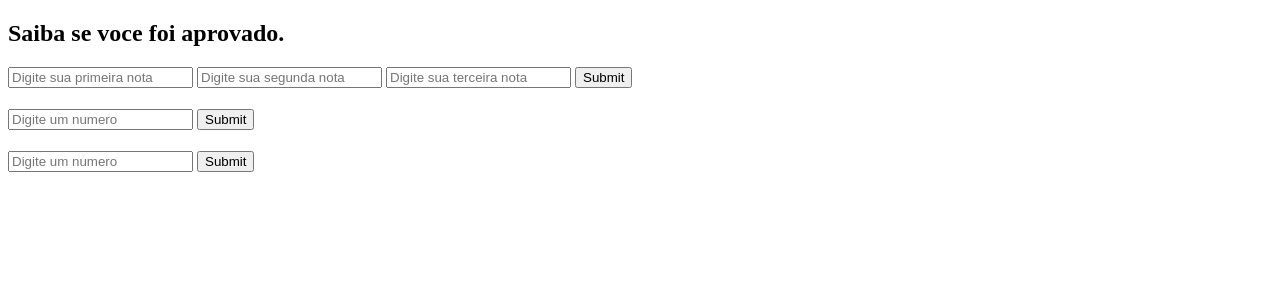
Repository: gimoli/logica1
Page: index.html
These files come from the project's save history. The page is drawn as it stood at one moment and after a run of saves; the edit follows.
The browser window is 1280 px wide. The pictures show the whole page.

Above is the page before, as saved 2025-05-05 09:36:20.

After the next 3 saves:
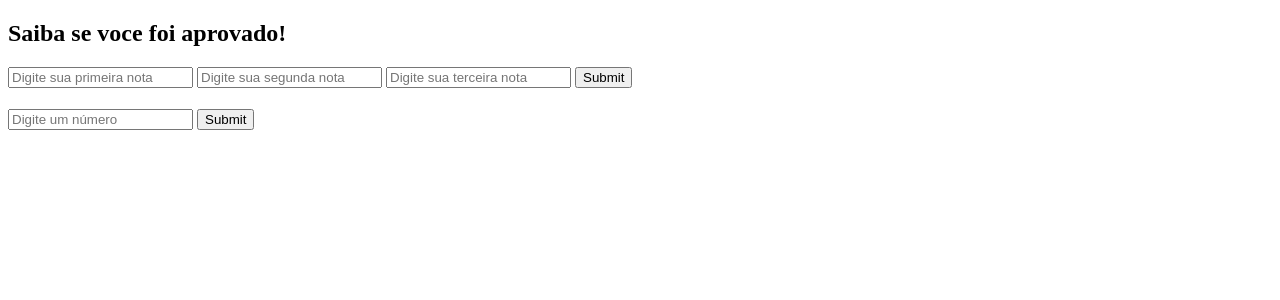
The 3 saves are shown as one change because they came seconds apart.
The last was saved 40 s later.
--- a/index.html
+++ b/index.html
@@ -6,23 +6,19 @@
     <title>Document</title>
 </head>
 <body>
-   <div>
-      <h2>Saiba se voce foi aprovado.</h2>
-      <input type="number" id="nota1" placeholder="Digite sua primeira nota" />
-      <input type="number" id="nota2" placeholder="Digite sua segunda nota" />
-      <input type="number" id="nota3" placeholder="Digite sua terceira nota" />
-      <input type="submit" onclick="classificacao()" />
-      <h4 id="resultado-final"></h4>
+    <div>
+        <h2>Saiba se voce foi aprovado!</h2>
+        <input type="Number" id="nota1" placeholder="Digite sua primeira nota"/>
+        <input type="Number" id="nota2" placeholder="Digite sua segunda nota"/>
+        <input type="Number" id="nota3" placeholder="Digite sua terceira nota"/>
+        <input type="submit" onclick="classificacao()" />
+        <h4 id="resultadoFinal"></h4>
     </div>
+
     <div>
-        <input type="number" id="numero-input" placeholder="Digite um numero" />
+        <input type="number" id="numberInput" placeholder="Digite um número" />
         <input type="submit" onclick="numerosPares()">
         <h4 id="numeros-pares"></h4>
-    </div>
-    <div>
-        <input type="number" id="tabuada-input" placeholder="Digite um numero" />
-        <input type="submit" onclick="tabuada()">
-        <h4 id="resultado-tabuada"></h4>
     </div>
 
     <script src="app.js"></script>
